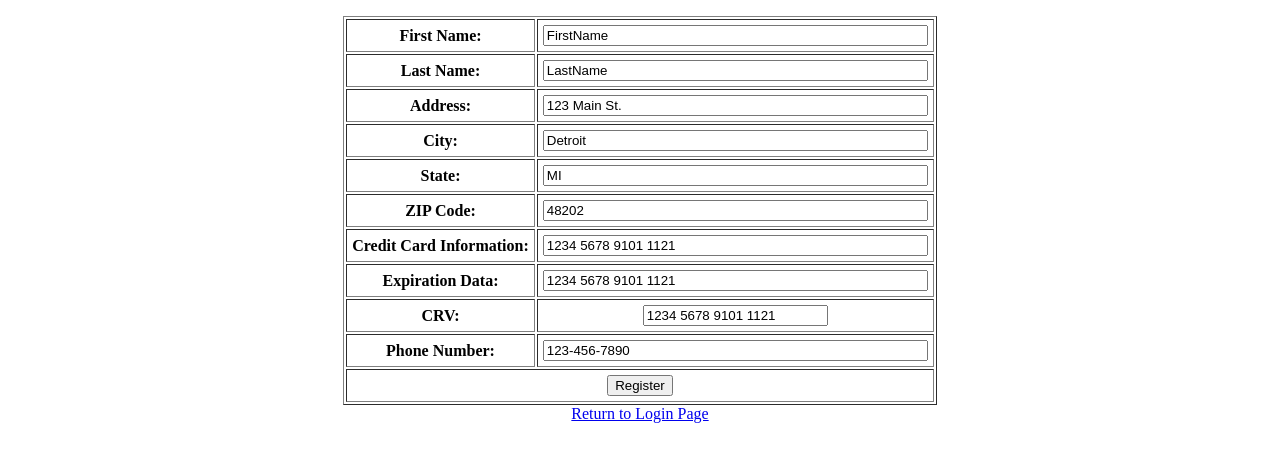
Repository: DBMS-Project-1/Part-1
Page: http://localhost/database/register.jsp
The author's editor kept a copy of each file at every save. The page is drawn from the files as they stood at one save, then again after the next save.
The browser window is 1280 px wide. The pictures show the whole page.
The page is served by Tomcat 9. Other server files are loaded and not shown.

Above is the page before, as saved 2023-10-13 22:27:09.

### database/WebContent/register.jsp
<%@ page language="java" contentType="text/html; charset=ISO-8859-1"
    pageEncoding="ISO-8859-1"%>
<!DOCTYPE html>
<html>
<head><title>Registration</title></head>
<body>
	<div align="center">
		<p> ${errorOne } </p>
		<p> ${errorTwo } </p>
		<form action="register">
			<table border="1" cellpadding="5">
				<tr>
					<th>First Name: </th>
					<td align="center" colspan="3">
						<input type="text" name="firstName" size="45" value="FirstName" onfocus="this.value=''">
					</td>
				</tr>
				<tr>
					<th>Last Name: </th>
					<td align="center" colspan="3">
						<input type="text" name="lastName" size="45" value="LastName" onfocus="this.value=''">
					</td>
				</tr>
				<tr>
					<th>Address: </th>
					<td align="center" colspan="3">
						<input type="text" name="address" size="45" value="123 Main St." onfocus="this.value=''">
					</td>
				</tr>

				<tr>
					<th>City: </th>
					<td align="center" colspan="3">
						<input type="text" name="city" size="45" value="Detroit" onfocus="this.value=''">
					</td>
				</tr>
				<tr>
					<th>State: </th>
					<td align="center" colspan="3">
						<input type="text" name="state" size="45" value="MI" onfocus="this.value=''">
					</td>
				</tr>
				<tr>
					<th>ZIP Code: </th>
					<td align="center" colspan="3">
						<input type="text" name="zipCode" size="45" value="48202" onfocus="this.value=''">
					</td>
				</tr>

				<tr>
					<th>Credit Card Information: </th>
					<td align="center" colspan="3">
						<input type="text" name="creditCardInformation" size="45" value="1234 5678 9101 1121" onfocus="this.value=''">
					</td>
				</tr>
				<tr>
					<th>Expiration Data: </th>
					<td align="center" colspan="3">
						<input type="text" name="expirationDate" size="45" value="1234 5678 9101 1121" onfocus="this.value=''">
					</td>
				</tr>
				<tr>
					<th>CRV: </th>
					<td align="center" colspan="3">
						<input type="text" name="CVV size="45" value="1234 5678 9101 1121" onfocus="this.value=''">
					</td>
				</tr>

				<tr>
					<th>Phone Number: </th>
					<td align="center" colspan="3">
						<input type="text" name="phoneNumber" size="45" value="123-456-7890" onfocus="this.value=''">
					</td>
				</tr>

				<tr>
					<td align="center" colspan="5">
						<input type="submit" value="Register"/>
					</td>
				</tr>
			</table>
			<a href="login.jsp" target="_self">Return to Login Page</a>
		</form>
	</div>
</body>

After the next save:
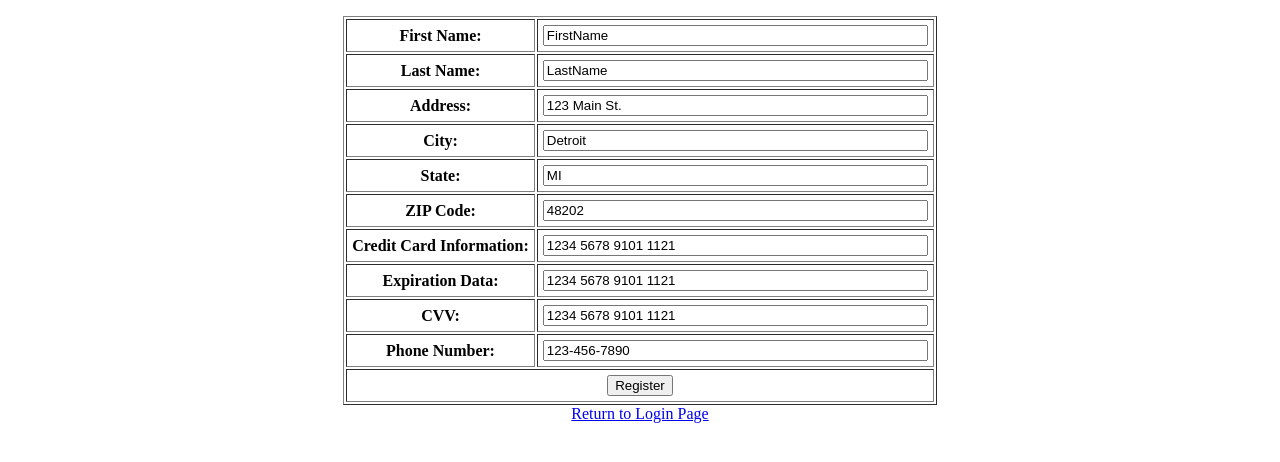
Saved 16 s later.
--- a/database/WebContent/register.jsp
+++ b/database/WebContent/register.jsp
@@ -60,9 +60,9 @@
 					</td>
 				</tr>
 				<tr>
-					<th>CRV: </th>
+					<th>CVV: </th>
 					<td align="center" colspan="3">
-						<input type="text" name="CVV size="45" value="1234 5678 9101 1121" onfocus="this.value=''">
+						<input type="text" name="CVV" size="45" value="1234 5678 9101 1121" onfocus="this.value=''">
 					</td>
 				</tr>
 
